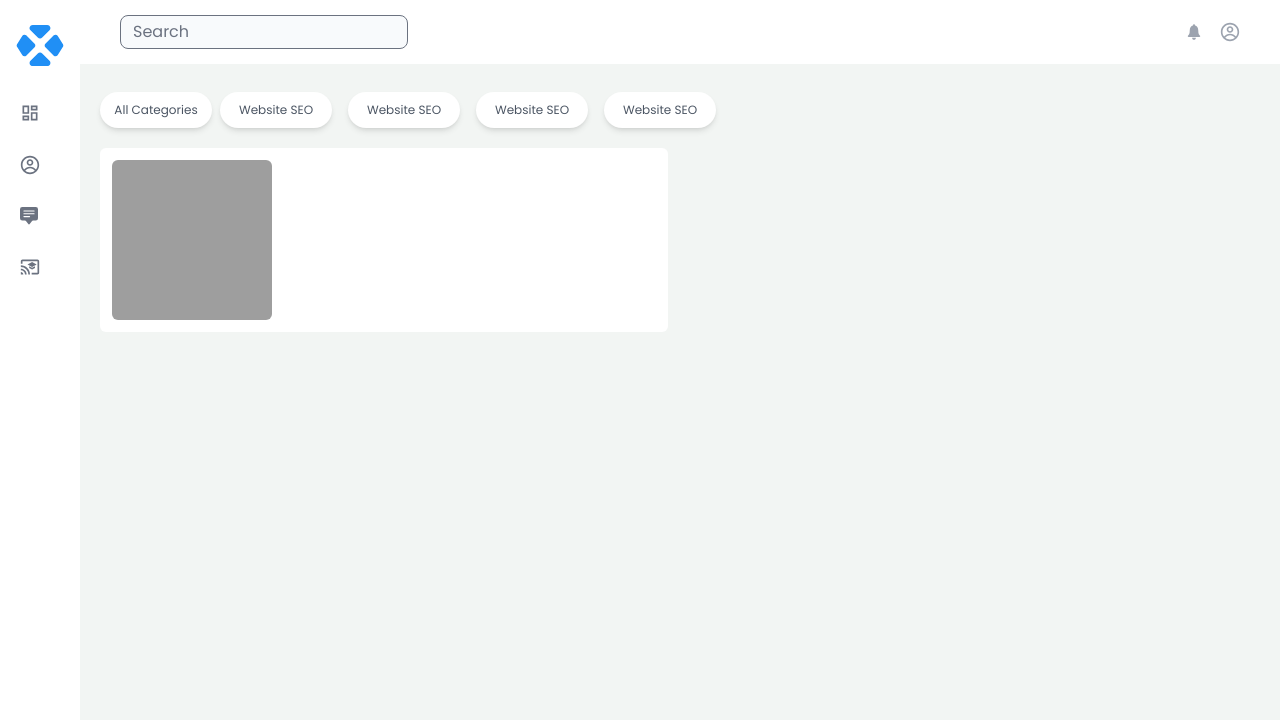
Repository: Shamraiz761/Frontend-Assessment
Page: /marketplace
The author's editor kept a copy of each file at every save. The page is drawn from the files as they stood at one save, then again after the next save.
The browser window is 1280 px wide. The pictures show the whole page.
Pictures or frames that could not be fetched are drawn as grey boxes. The project was rebuilt for these pictures with package versions that can differ from the ones it lists, and the page was loaded fresh each time. Also part of the build but not shown: vite.config.js, src/routes/root.jsx, src/components/chat/userChat.jsx, src/pages/chat/index.jsx, src/pages/orders/index.jsx, src/pages/submission/index.jsx, src/pages/admin/index.css, src/components/admin/card.jsx and 2 more. Imported but missing from the stored project, and not drawn on this page: src/pages/auth/login, src/pages/tasks, src/routes/profileLayout.

Above is the page before, as saved 2023-06-15 10:54:46.

### src/main.jsx
import ReactDOM from 'react-dom/client'

import React from 'react'

import App from './App.jsx'
import './index.css'

ReactDOM.createRoot(document.getElementById('root')).render(
  <React.StrictMode>
    <App />
  </React.StrictMode>,
)

### src/App.jsx
import React from 'react'
import { DndProvider } from 'react-dnd'
import { HTML5Backend } from 'react-dnd-html5-backend'
import 'flowbite'

import AppRoutes from './routes'

export default function App() {
  return (
    <DndProvider backend={HTML5Backend}>
      <AppRoutes />
    </DndProvider>
  )
}

### src/index.css
@import url("https://fonts.googleapis.com/css2?family=Poppins:wght@400;500;600;700;800;900&display=swap");

@tailwind base;
@tailwind components;
@tailwind utilities;

* {
  margin: 0;
  padding: 0;
}

body {
  margin: 0;
  font-family: "Poppins", -apple-system, BlinkMacSystemFont, "Segoe UI",
    "Roboto", "Oxygen", "Ubuntu", "Cantarell", "Fira Sans", "Droid Sans",
    "Helvetica Neue", sans-serif;
  -webkit-font-smoothing: antialiased;
  -moz-osx-font-smoothing: grayscale;
  width: 100vw;
  overflow-x: hidden;
  background-color: #f2f5f3;
  /* background: linear-gradient(180deg, #faefe8 0%, #edc7ac 100%); */
}

code {
  font-family: source-code-pro, Menlo, Monaco, Consolas, "Courier New",
    monospace;
}

.pointer-cursor {
  cursor: pointer;
}

.cusBorder {
  border: 1px solid #000;
  border-radius: 5px;
}

img {
  cursor: pointer;
}
.errors {
  color: #dc3545;
  padding: 0;
  margin: 0;
  font-size: 12px;
}
.loader {
  position: fixed;
  top: 0;
  bottom: 0;
  left: 0;
  right: 0;
  background-color: rgba(47, 151, 161, 0.32);

  display: flex;
  justify-content: center;
  align-items: center;
}

.link {
  color: #000;
  cursor: pointer;
  text-decoration: none;
}
.link:hover {
  color: #000;
}

.trans-btn {
  background-color: transparent;
  border: none;
}
.profile-logout-btn {
  border: 0;
}
.profile-logout-btn:hover {
  border: 0;
}
.profile-btn {
  border-radius: 0;
  border: 0;
}
.logout-btn {
  border-radius: 0;
  border: 0;
}
.logout-btn:hover {
  background-color: rgba(220, 53, 69, 0.5);
  border: 0;
  color: #fff;
}
.breadcrumbs ul {
  list-style: none;
  display: inline-block;
}

.breadcrumbs ul li {
  display: inline;
}

.breadcrumbs ul li .bc-link {
  /* display: block; */
  width: max-content;
  background-color: #f8f9fa;
  padding: 6px 15px 6px 25px;
  text-align: center;
  position: relative;
  margin: 0 10px 0 0;
  font-size: 15px;
  text-decoration: none;
  color: #000;
}
.breadcrumbs ul li .bc-link::after {
  content: "";
  border-top: 17px solid transparent;
  border-bottom: 17px solid transparent;
  border-left: 17px solid #f8f9fa;
  position: absolute;
  top: 0;
  right: -17px;
  z-index: 1;
}
.breadcrumbs ul li .bc-link::before {
  content: "";
  border-top: 17px solid transparent;
  border-bottom: 17px solid transparent;
  border-left: 17px solid #71cdd5;
  position: absolute;
  top: 0;
  left: 0;
}
.breadcrumbs ul li:first-child .bc-link {
  border-top-left-radius: 5px;
  border-bottom-left-radius: 5px;
}
.breadcrumbs ul li:first-child .bc-link::before {
  display: none;
}

.breadcrumbs ul li:last-child .bc-link {
  padding-right: 20px;
  border-top-right-radius: 5px;
  border-bottom-right-radius: 5px;
}
.breadcrumbs ul li:last-child .bc-link::after {
  display: none;
}

@media screen and (max-width: 500px) {
  .breadcrumbs ul li .bc-link {
    /* display: block; */
    padding: 2px 2px 2px 13px;
    /* margin: 0 10px 0 0; */
    font-size: 14px;
  }

  .breadcrumbs ul li .bc-link::after {
    content: "";
    border-top: 11.6px solid transparent;
    border-bottom: 11.6px solid transparent;
    border-left: 11.6px solid #f8f9fa;
    position: absolute;
    top: 0;
    right: -11.6px;
    z-index: 1;
  }
  .breadcrumbs ul li .bc-link::before {
    content: "";
    border-top: 11.6px solid transparent;
    border-bottom: 11.6px solid transparent;
    border-left: 11.6px solid #71cdd5;
    position: absolute;
    top: 0;
    left: 0;
  }
  .breadcrumbs ul li:last-child .bc-link {
    padding-right: 5px;
  }
}

@media screen and (max-width: 350px) {
  .breadcrumbs ul li .bc-link {
    /* display: block; */
    padding: 2px 2px 2px 12px;
    /* margin: 0 10px 0 0; */
    font-size: 10px;
  }

  .breadcrumbs ul li .bc-link::after {
    content: "";
    border-top: 9px solid transparent;
    border-bottom: 9px solid transparent;
    border-left: 9px solid #f8f9fa;
    position: absolute;
    top: 0;
    right: -9px;
    z-index: 1;
  }
  .breadcrumbs ul li .bc-link::before {
    content: "";
    border-top: 9px solid transparent;
    border-bottom: 9px solid transparent;
    border-left: 9px solid #edc7ac;
    position: absolute;
    top: 0;
    left: 0;
  }
  .breadcrumbs ul li:last-child .bc-link {
    padding-right: 5px;
  }
}

/* ********************************************** */

### src/routes/index.jsx
import {
  createBrowserRouter,
  createRoutesFromElements,
  RouterProvider,
  Route,
} from "react-router-dom";

import * as React from "react";

import Layout from "./layout";
import Root from "./root";

import Login from "../pages/auth/login";
import Chat from "../pages/chat";
import UserChat from "../components/chat/userChat";
import ProfileLayout from "./profileLayout";
import Tasks from "../pages/tasks";
import Orders from "../pages/orders";
import Submission from "../pages/submission";
import Admin from "../pages/admin";
import MarketPlace from "../pages/marketplace";

export default function AppRoutes() {
  const router = createBrowserRouter(
    createRoutesFromElements(
      <Route>
        <Route path="/login" element={<Login />} />

        <Route element={<Layout />}>
          <Route path="/chat" element={<Chat />}>
            <Route path="/chat/user" element={<UserChat />} />
          </Route>
          <Route path="/marketplace" element={<MarketPlace />} />
          <Route path={"/"} element={<ProfileLayout />}>
            {/* Add Task order payment submit route here */}
            <Route path="/admin" element={<Admin />} />
            <Route path="/" element={<Tasks />} />
            <Route path="/orders" element={<Orders />} />
            <Route path="/tasks" element={<Tasks />} />
            <Route path="/submission" element={<Submission />} />
          </Route>
        </Route>
      </Route>
    )
  );

  return <RouterProvider router={router} />;
}

### src/routes/layout.jsx
import { Link, Outlet, useNavigate } from "react-router-dom";
import { Gi3DGlasses } from "react-icons/gi";
import { CgProfile } from "react-icons/cg";
import { BsArrowLeft, BsFillChatSquareTextFill } from "react-icons/bs";
import { MdOutlineDashboard, MdOutlineCastForEducation } from "react-icons/md";
import "./index.css";

import React, { useState } from "react";
import Header from "../components/header/index";

export default function Layout() {
  const [open, setOpen] = useState(false);
  const [type, setType] = useState(false);
  const navigate = useNavigate();
  return (
    <div>
      <div
        className={`h-screen bg-white p-3 ${
          open ? "w-56" : "w-20"
        } fixed top-0 sidebar z-50`}
      >
        <div className="flex flex-row justify-center">
          <svg
            width="67"
            height="67"
            viewBox="0 0 67 67"
            fill="none"
            xmlns="http://www.w3.org/2000/svg"
            className={` text-4xl block float-left cursor-pointer rounded transition duration-500 ${
              !open && "rotate-[360deg]"
            }`}
            onClick={() => {
              setOpen(!open);
              setType(false);
            }}
          >
            <path
              d="M22.138 15.2984L30.8759 24.0363C32.3276 25.488 34.7005 25.488 36.1522 24.0363L44.8901 15.2984C47.2351 12.9534 45.588 8.90552 42.238 8.90552H24.7622C21.4401 8.90552 19.7651 12.9534 22.138 15.2984Z"
              fill="#208FF5"
            />
            <path
              d="M22.138 51.7017L30.8759 42.9637C32.3276 41.5121 34.7005 41.5121 36.1522 42.9637L44.8901 51.7017C47.2351 54.0467 45.588 58.0946 42.238 58.0946H24.7622C21.4401 58.0946 19.7651 54.0467 22.138 51.7017Z"
              fill="#208FF5"
            />
            <path
              d="M6.03002 31.9088L12.423 21.8588C13.428 20.2676 15.6614 20.0163 17.0014 21.3563L27.0514 31.4063C28.1959 32.5509 28.1959 34.4213 27.0514 35.5659L17.0014 45.6159C15.6614 46.9559 13.456 46.7047 12.423 45.1134L6.03002 35.0634C5.44377 34.1142 5.44377 32.8859 6.03002 31.9088Z"
              fill="#208FF5"
            />
            <path
              d="M60.9701 31.9088L54.5771 21.8588C53.5721 20.2676 51.3387 20.0163 49.9987 21.3563L39.9488 31.4063C38.8042 32.5509 38.8042 34.4213 39.9488 35.5659L49.9987 45.6159C51.3387 46.9559 53.5442 46.7047 54.5771 45.1134L60.9701 35.0634C61.5563 34.1142 61.5563 32.8859 60.9701 31.9088Z"
              fill="#208FF5"
            />
          </svg>
        </div>

        {/* Search */}

        <ul className="pt-2">
          {/* Dashboard */}
          <Link
            to="/marketplace"
            className={` rounded-md text-gray-500  text-xs flex items-center gap-x-4 cursor-pointer hover:bg-gray-50 hover:text-blue-500 py-4 p-2`}
          >
            <span className="text-xl block float-left">
              <MdOutlineDashboard />
            </span>
            <span
              className={` text-sm font-md flex-1 hidden-link ${
                !open && "hidden"
              }`}
            >
              Marketplace
            </span>
          </Link>

          <Link
            className={` rounded-md text-gray-500  text-xs flex items-center gap-x-4 cursor-pointer hover:bg-gray-50 hover:text-blue-500 py-4 p-2`}
            to="/"
          >
            <span className="text-xl block float-left">
              <CgProfile />
            </span>
            <span
              className={` text-xs font-md flex-1 hidden-link ${
                !open && "hidden"
              }`}
            >
              Profile
            </span>
          </Link>

          {/* Lens */}
          <Link
            className={` rounded-md text-gray-500  text-xs flex items-center gap-x-4 cursor-pointer hover:bg-gray-50 hover:text-blue-500 py-4 p-2`}
            to="/chat"
          >
            <span className="text-lg block float-left">
              <BsFillChatSquareTextFill />
            </span>
            <span
              className={` text-xs font-md flex-1  hidden-link ${
                !open && "hidden"
              }`}
            >
              Chat
            </span>
          </Link>

          {/* Orders */}
          <Link
            className={` rounded-md text-gray-500  text-xs flex items-center gap-x-4 cursor-pointer hover:bg-gray-50 hover:text-blue-500 py-4 p-2`}
            to="/education"
          >
            <span className="text-xl block float-left">
              <MdOutlineCastForEducation />
            </span>
            <span
              className={` text-xs font-md flex-1  hidden-link ${
                !open && "hidden"
              }`}
            >
              Education
            </span>
          </Link>
        </ul>
      </div>
      <div className={`${open ? "ml-56" : "ml-20"}`}>
        <Header />
        <Outlet />
      </div>
    </div>
  );
}

### src/pages/marketplace/index.jsx
import React from "react";
import imgC from "../../assets/images/dashboard-back.png";
function MarketPlace() {
  return (
    <div className="m-5">
      <div className="flex flex-wrap justify-center md:justify-start">
        <button className="text-xs m-2 md:mx-0  text-gray-600 bg-white w-28 py-2.5 shadow-md rounded-full hover:text-blue-500 focus:text-blue-500">
          All Categories
        </button>
        <button className="text-xs m-2 md:mx-2 text-gray-600 bg-white w-28 py-2.5 shadow-md rounded-full hover:text-blue-500 focus:text-blue-500">
          Website SEO
        </button>
        <button className="text-xs m-2 md:mx-2 text-gray-600 bg-white w-28 py-2.5 shadow-md rounded-full hover:text-blue-500 focus:text-blue-500">
          Website SEO
        </button>
        <button className="text-xs m-2 md:mx-2 text-gray-600 bg-white w-28 py-2.5 shadow-md rounded-full hover:text-blue-500 focus:text-blue-500">
          Website SEO
        </button>
        <button className="text-xs m-2 md:mx-2 text-gray-600 bg-white w-28 py-2.5 shadow-md rounded-full hover:text-blue-500 focus:text-blue-500">
          Website SEO
        </button>
      </div>
      <div className="grid grid-cols-1 md:grid-cols-2 gap-6 my-3">
        <div className="bg-white p-3 grid grid-cols-3 rounded-md ">
          <img src={imgC} className="w-40 h-40 rounded-md" />
          <div className="col-span-2">
            <div className="flex flex-row justify-around"></div>
          </div>
        </div>
      </div>
    </div>
  );
}

export default MarketPlace;

### src/routes/index.css
.sidebar {
    transition: all 0.2s ease-in;
}
.hidden-link {
    transition: all 1s ease-in;
}

### src/components/header/index.jsx
import { IoIosNotifications } from "react-icons/io";

import React from "react";
import { CgProfile } from "react-icons/cg";

function Header() {
  return (
    <div>
      {/* component */}
      <nav className=" bg-white w-full flex relative justify-between items-center mx-auto px-8 py-4 h-16">
        {/* search bar */}
        <div className="hidden sm:block flex-shrink flex-grow-0 justify-start px-2">
          <div className="inline-block">
            <div className="inline-flex items-center max-w-full">
              <input
                className="flex items-center text-gray-400 bg-slate-50 justify-between  flex-grow-0  relative w-72 border rounded-lg  py-1"
                type="search"
                placeholder="Search"
              />

              <div className="flex items-center justify-center relative  h-8 w-24 rounded-full"></div>
            </div>
          </div>
        </div>

        <div className="flex-initial">
          <div className="flex justify-end items-center relative">
            <div className="block">
              <div className="inline relative sm:flex sm:flex-row sm:justify-center">
                <button
                  type="button"
                  className="inline-flex items-center relative px-2  rounded-full hover:shadow-lg"
                >
                  <IoIosNotifications className="text-gray-400 text-xl" />
                </button>
                <button
                  type="button"
                  className="inline-flex items-center relative px-2  rounded-full hover:shadow-lg"
                >
                  <CgProfile className="text-gray-400 text-xl" />
                </button>
              </div>
            </div>
          </div>
        </div>
        {/* end login */}
      </nav>
    </div>
  );
}

export default Header;

### tailwind.config.cjs
const colors = require('tailwindcss/colors');
const defaultTheme = require('tailwindcss/defaultTheme');

module.exports = {
  content: ['./src/**/*.{js,jsx,ts,tsx}', "node_modules/flowbite/**/*.js"],
  theme: {
    extend: {
      colors: {
        // set primary color from figma
        // primary: {
        // },
      },
      fontFamily: {
        poppins: ['Poppins', ...defaultTheme.fontFamily.sans],
      },
      fontSize: {
        xxs: '0.5rem',
      },
    },
  },
  plugins: [
    require('flowbite/plugin')
  ],

};

Loaded but not shown: index.html (common file)

After the next save:
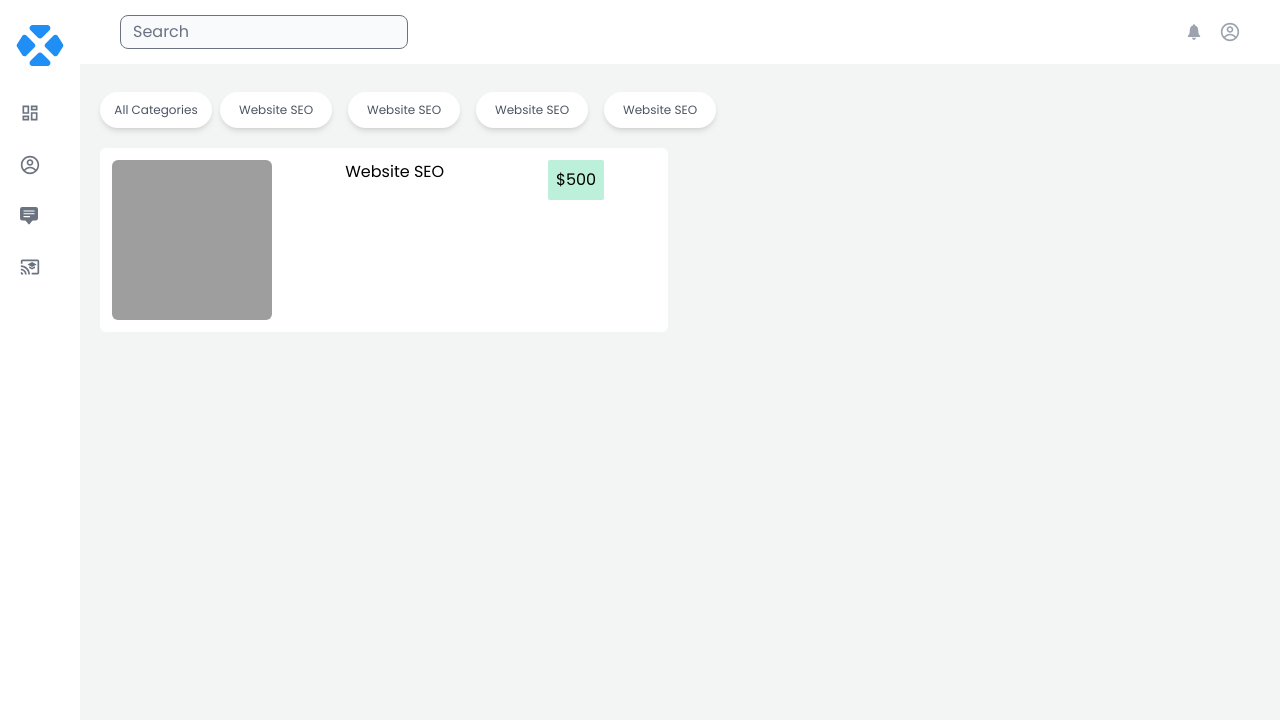
Saved 58 s later.
--- a/src/pages/marketplace/index.jsx
+++ b/src/pages/marketplace/index.jsx
@@ -24,7 +24,10 @@ function MarketPlace() {
         <div className="bg-white p-3 grid grid-cols-3 rounded-md ">
           <img src={imgC} className="w-40 h-40 rounded-md" />
           <div className="col-span-2">
-            <div className="flex flex-row justify-around"></div>
+            <div className="flex flex-row justify-around">
+              <h1>Website SEO</h1>
+              <p className="bg-green-200 p-2 rounded-sm">$500</p>
+            </div>
           </div>
         </div>
       </div>
